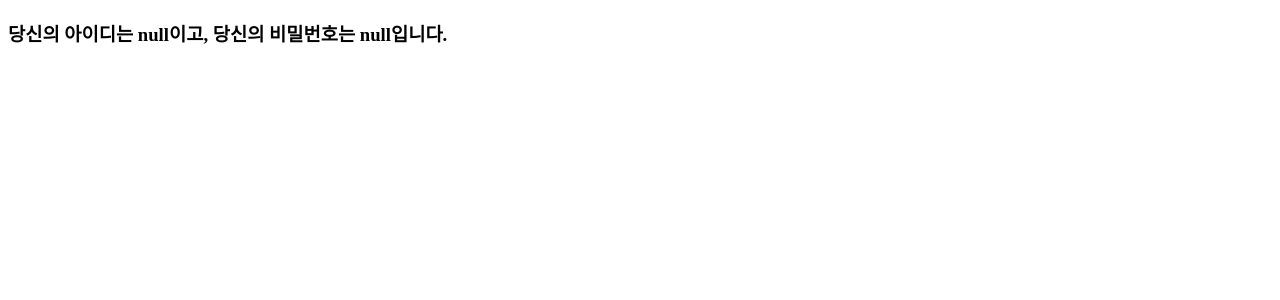
Repository: hyeongu135-ui/Jsp2026
Page: http://localhost/chapter01/Request/RequestLoginProc.jsp
These files come from the project's save history. The page is drawn as it stood at one moment and after the next save; the edit follows.
The browser window is 1280 px wide. The pictures show the whole page.
The page is served by Tomcat 9.

Above is the page before, as saved 2026-10-19 06:14:36.

### chapter01/src/main/webapp/Request/RequestLoginProc.jsp
<%@ page language="java" contentType="text/html; charset=UTF-8"
    pageEncoding="UTF-8"%>
<!DOCTYPE html>
<html>
<head>
<meta charset="UTF-8">
<title>Insert title here</title>
</head>
<body>
<!--
	★post방식으로 정보를 전달할때 한글의 깨짐 현상방지 코드★
 	자바코드를 작성할때는 스크립트 요소중 하나인 스크립트릿을 이용한다.
 -->
	<%
		request.setCharacterEncoding("utf-8");

		// request의 내강객체에 getParamater("name")메소드를
		// 이용하여 form에 입력한 정보를 꺼내올 수 있다.
		// 단, request.getParameter("name")의 반환 데이터형식은 String이다.

		// id라는 name을 가진 input의 정보를 getParameter()를 통해서 id변수에 저장한다.

		String id = request.getParameter("id");
		String pass = request.getParameter("pass");
	%>

	<h3>당신의 아이디는 <%=id%>이고, 당신의 비밀번호는 <%=pass%>입니다.</h3>


</body>
</html>

After the next save:
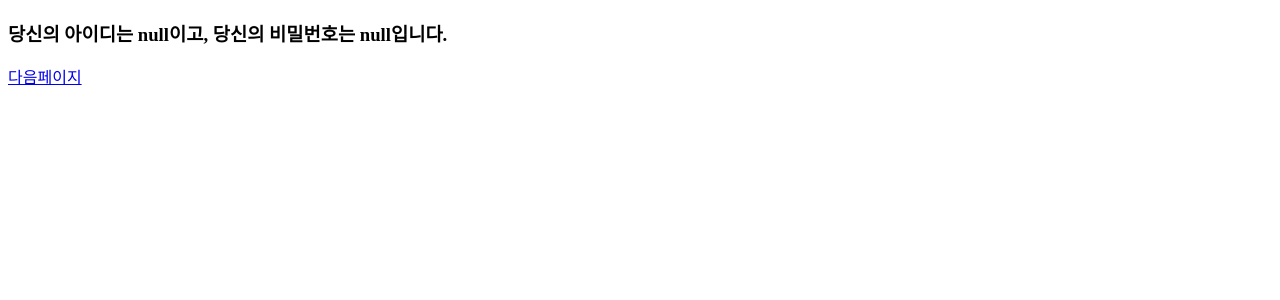
Saved 8 s later.
--- a/chapter01/src/main/webapp/Request/RequestLoginProc.jsp
+++ b/chapter01/src/main/webapp/Request/RequestLoginProc.jsp
@@ -25,6 +25,7 @@
 	%>
 
 	<h3>당신의 아이디는 <%=id%>이고, 당신의 비밀번호는 <%=pass%>입니다.</h3>
+	<a href="RequsetForward.jsp">다음페이지</a>
 
 
 </body>
